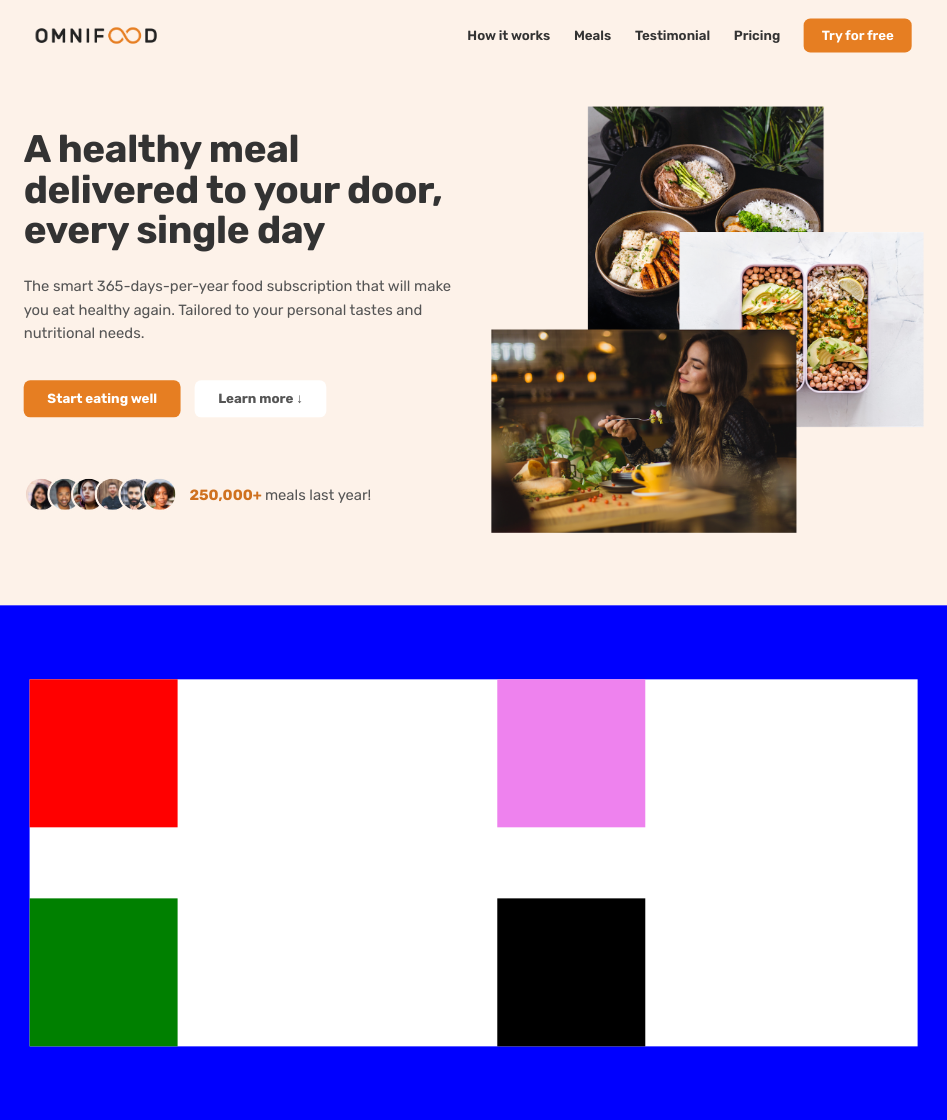
Repository: WefsCao/Omnifood
Page: index.html
The author's editor kept a copy of each file at every save. The page is drawn from the files as they stood at one save, then again after the next save.
The browser window is 1280 px wide. The pictures show the whole page, at 74% of full size.

Above is the page before, as saved 2022-06-04 19:45:07.

After the next save:
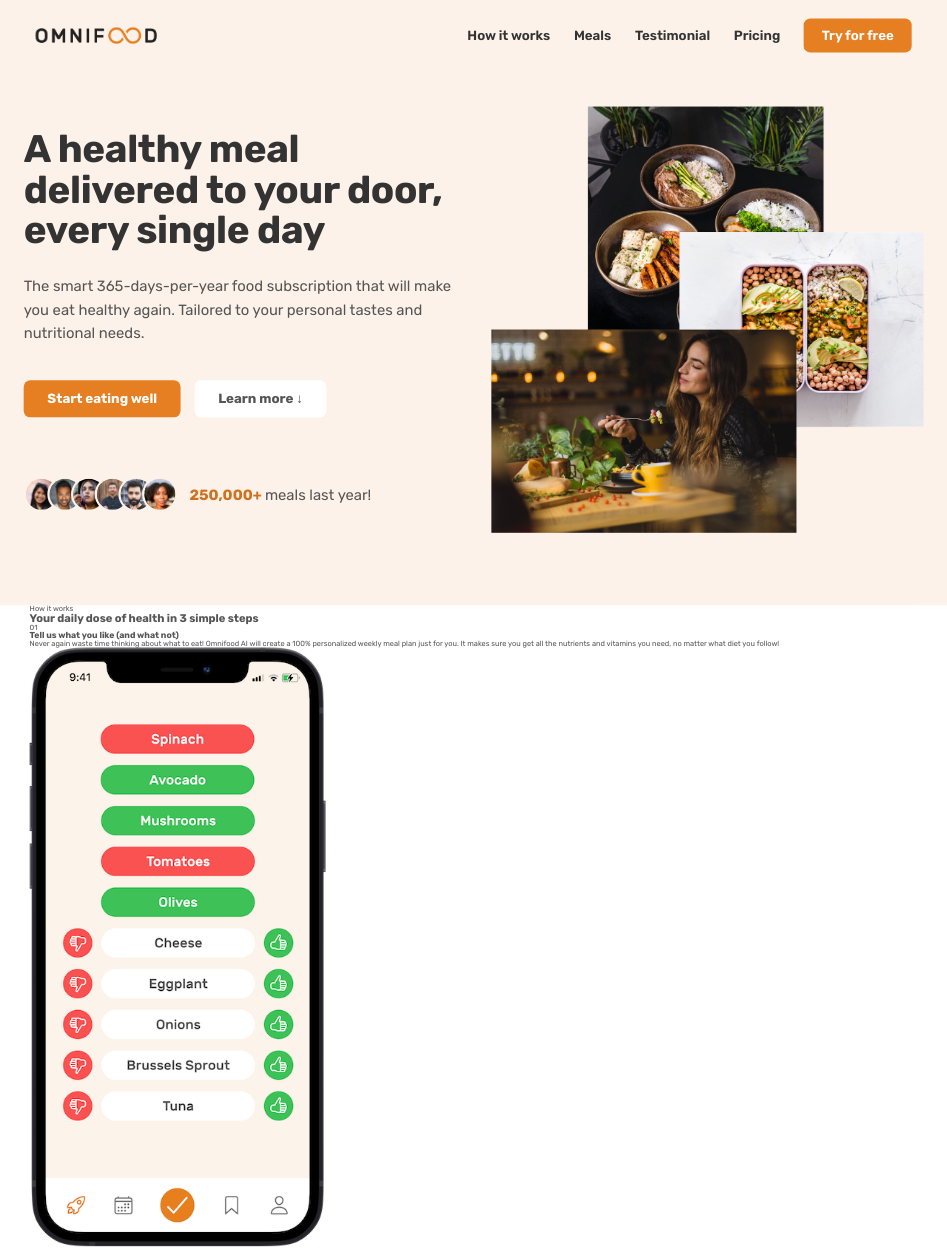
Saved 6 min 41 s later.
--- a/index.html
+++ b/index.html
@@ -64,14 +64,33 @@
           </div>
         </div>
       </section>
-      <div class="test">
-        <div class="container grid grid--2-cols">
-          <div class="test1"></div>
-          <div class="test2"></div>
-          <div class="test3"></div>
-          <div class="test4"></div>
+      <section class="section-how">
+        <div class="step-headind-box">
+          <div class="container">
+            <span class="step-subtitle">How it works</span>
+            <h2 class="heading-secondary">
+              Your daily dose of health in 3 simple steps
+            </h2>
+          </div>
         </div>
-      </div>
+        <div class="step-content-box">
+          <div class="container">
+            <div class="step-text-box">
+              <div class="step-number">01</div>
+              <h3 class="step-heading">Tell us what you like (and what not)</h3>
+              <p class="step-text">
+                Never again waste time thinking about what to eat! Omnifood AI
+                will create a 100% personalized weekly meal plan just for you.
+                It makes sure you get all the nutrients and vitamins you need,
+                no matter what diet you follow!
+              </p>
+            </div>
+            <div class="step-img-box">
+              <img src="img/app/app-screen-1.png" alt="app screen 1" />
+            </div>
+          </div>
+        </div>
+      </section>
     </main>
   </body>
 </html>
